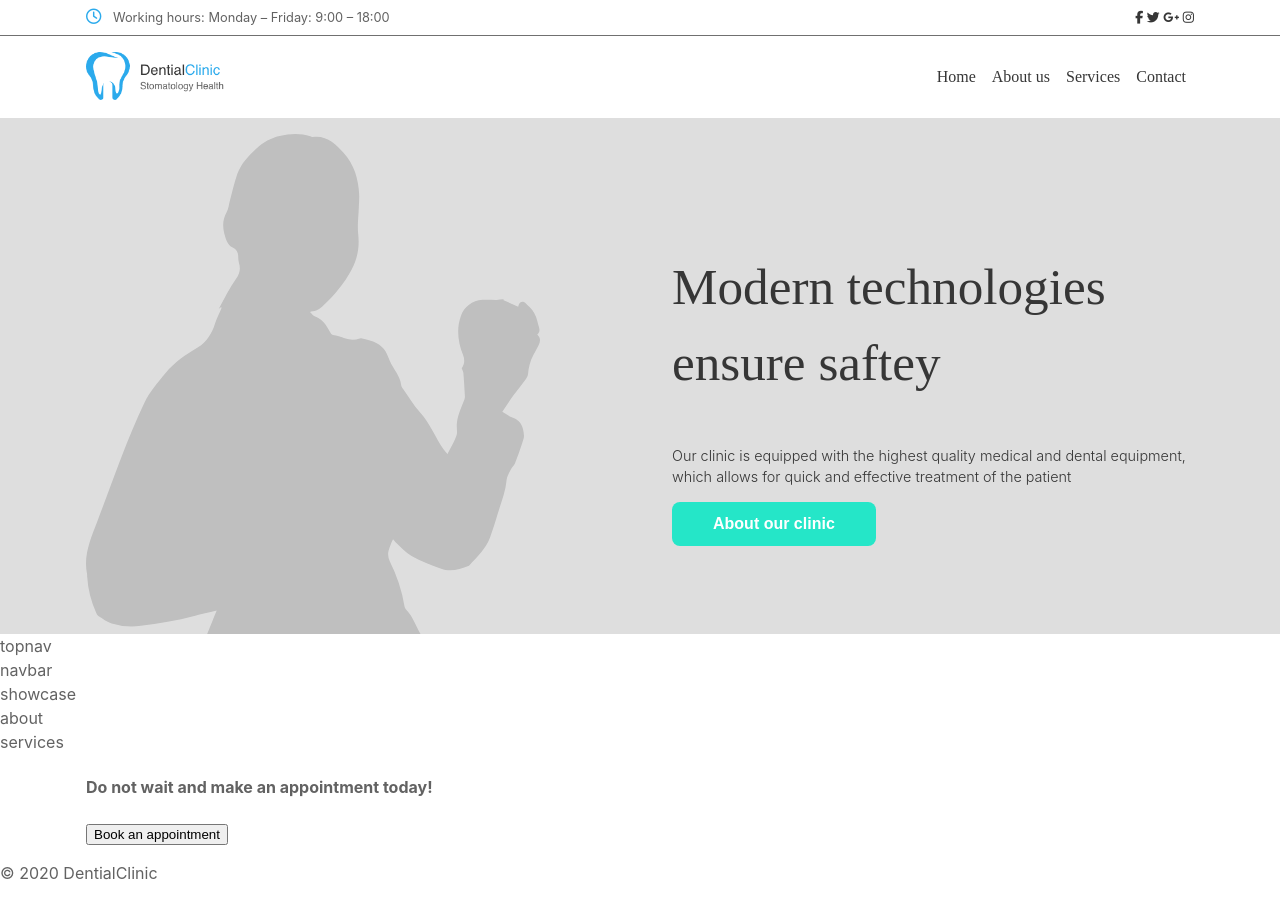
Repository: skepp4rn/uppgift1
Page: index.html
These files come from the project's save history. The page is drawn as it stood at one moment and after the next save; the edit follows.
The browser window is 1280 px wide. The pictures show the whole page.
Some web libraries are served in a nearby version.

Above is the page before, as saved 2020-11-20 16:40:39.

### index.html
<!DOCTYPE html>
<html lang="en">
<head>
    <meta charset="UTF-8">
    <meta name="viewport" content="width=device-width, initial-scale=1.0">
    <title>Document</title>

    <script src="https://kit.fontawesome.com/0abbda2fd3.js" crossorigin="anonymous"></script>
    <link rel="stylesheet" href="style.css">
</head>
<body>

    <nav class="navbar-top collapse">
        <div class="container">
            <div class="hours">
                <i class="far fa-clock"></i>
                Working hours: Monday – Friday: 9:00 – 18:00
            </div>
            <div class="#">
                <a href="#"><i class="fab fa-facebook-f"></i></a>
                <a href="#"><i class="fab fa-twitter"></i></a>
                <a href="#"><i class="fab fa-google-plus-g"></i></a>
                <a href="#"><i class="fab fa-instagram"></i></a>
            </div>
        </div>
    </nav>

    <nav class="navbar ">
        <div class="container">
            <a class="navbar-brand" href="#" >
                <img src="images/Logo.png" alt="">
            </a>
            <button class="navbar-toggler">
                <i class="fas fa-bars"></i>
            </button>
            <div class="collapse navbar-collapse">
                <div class="navbar-nav">
                    <a class="nav-link" href="#">Home</a>
                    <a class="nav-link" href="#">About us</a>
                    <a class="nav-link" href="#">Services</a>
                    <a class="nav-link" href="#">Contact</a>
                </div>
            </div>
        </div>
    </nav>

    <section id="showcase" class="bg-gray">
        <div class="container">
            <img src="images/placehold-girl.svg" alt="">
            <div class="content-box">
                <div class="content">
                    <h1>Modern technologies ensure saftey</h1>
                    <p>Our clinic is equipped with the highest quality medical and dental equipment, which allows for quick and effective treatment of the patient</p>
                    <button class="btn btn-green">About our clinic</button>
                </div>
            </div>
        </div>
    </section>

    <div class="grid">
        <header>
            <nav id="topbar">topnav</nav>
            <nav id="navbar">navbar</nav>
        </header>
        <section id="showcase">showcase</section>
        <section id="about">about</section>
        <section id="services">services</section>
        <section id="appointment">
            <div class="bg-blue text-white overlay">
                <div class="container">
                    <div class="content-flex">
                        <h4>Do not wait and make an appointment today!</h4>
                        <button>Book an appointment</button>
                    </div>
                </div>
            </div>
        </section>
        <footer class="bg-blue text-white">
            <p>© 2020 DentialClinic</p>
        </footer>
    </div>


</body>
</html>

### style.css
* {
    box-sizing: border-box;
}

html, body {
    font-weight: 400;
    font-family: -apple-system, BlinkMacSystemFont, 'Segoe UI', Roboto, Oxygen, Ubuntu, Cantarell, 'Open Sans', 'Helvetica Neue', sans-serif;
    line-height: 1.5;
    font-size: 16px;
    margin: 0;
    padding: 0;
    color: #626262;
}

.border {
    border: 1px solid black;
}

a {
    color: #363636;
    text-decoration: none;
    background-color: transparent;
}

a:hover {
    color: #25E6C8;
}

.bg-dark {
   background: #333333;
   color: #ffffff;
}

.bg-light {
    background: #f7f7f7;
    color: #333333;
}

.bg-gray {
    background-color: #DEDEDE;

}



.btn {
    display: inline-block;
    font-weight: 400;
    text-align: center;
    vertical-align: middle;
    padding: 0.75rem 2.5rem;
    border-radius: 0.5rem;
    border: 1px solid transparent;
    background-color: transparent;
    font-size: 1rem;

}

.btn-green {
    color: #ffffff;
    background-color: #25E6C8;
    font-weight: bold;


}

.btn-green:hover {
    cursor: pointer;
    background-color: #2BAAEC;
}



.collapse:not(.show) {
    display: none;
}

.container {
    width: 100%;
    padding: 0 1rem;
    margin: 0 auto;
}

.navbar-top {
    border-bottom: 1px solid #707070;
}

.navbar, .navbar-top {
    display: flex;
    justify-content: space-between;
    padding: 0.5rem 1rem;
}

.navbar .container, .navbar-top .container {
    display: flex;
    justify-content: space-between;
    align-items: center;
}

.navbar-top .container {
    font-size: 0.8rem;
}

.navbar-top .container .hours {
    color:#626262;
}

.navbar-top .container .hours i {
    color: #2BAAEC;
    margin-right: 0.5rem;
    font-size: 1.2em;
}

.navbar-top .container .socialmedia a {
    margin: 0 0.5rem;

}

.navbar-brand {
    display: inline-block;
    font-size: 1.5rem;
    color: black;
    margin-right: 1rem;
}

.navbar-brand img {
    height: 3rem;
    margin-top: 0.5rem;
}

.navbar-toggler {
    font-size: 2.5rem;
    color:#2BAAEC;
    background-color: transparent;
    border: 1px solid transparent;
}

.navbar-collapse {
    align-items: center;
}

.navbar-nav {
    display: flex;
    flex-direction: column;
    font-family: 'Roboto Slab', serif;

}

.nav-link {
    padding: 0;
    text-decoration: none;
}



#showcase .container {
    display: grid;
    grid-template-columns: 1fr 1fr;
    column-gap: 4rem;

    align-items: center;
}

#showcase .container img {
    height: 500px;
    margin-top: 1rem;
}

#showcase .container .content-box {
    align-self: center;
    color: #363636;
    font-weight: 300;
}

.content-box .content h1 {
    font-size: 3.2rem;
    font-family: 'Roboto Slab', serif;
    font-weight: 300;

}

.content-box .content p {
    font-size: 0.9rem;
}


























@media (min-width: 768px) {
    .nav-link {
        padding-right: 0.5rem;
        padding-left: 0.5rem;
    }

    .navbar-nav {
        flex-direction: row;
    }

    .navbar-toggler {
        display: none;
    }

    .collapse:not(.show) {
        display: flex;
    }

    .container {
        max-width: 720px;
    }

}

@media (min-width: 992px) {
    .container {
        max-width: 960px;
    }
}

@media (min-width: 1200px) {
    .container {
        max-width: 1140px;
    }
}

After the next save:
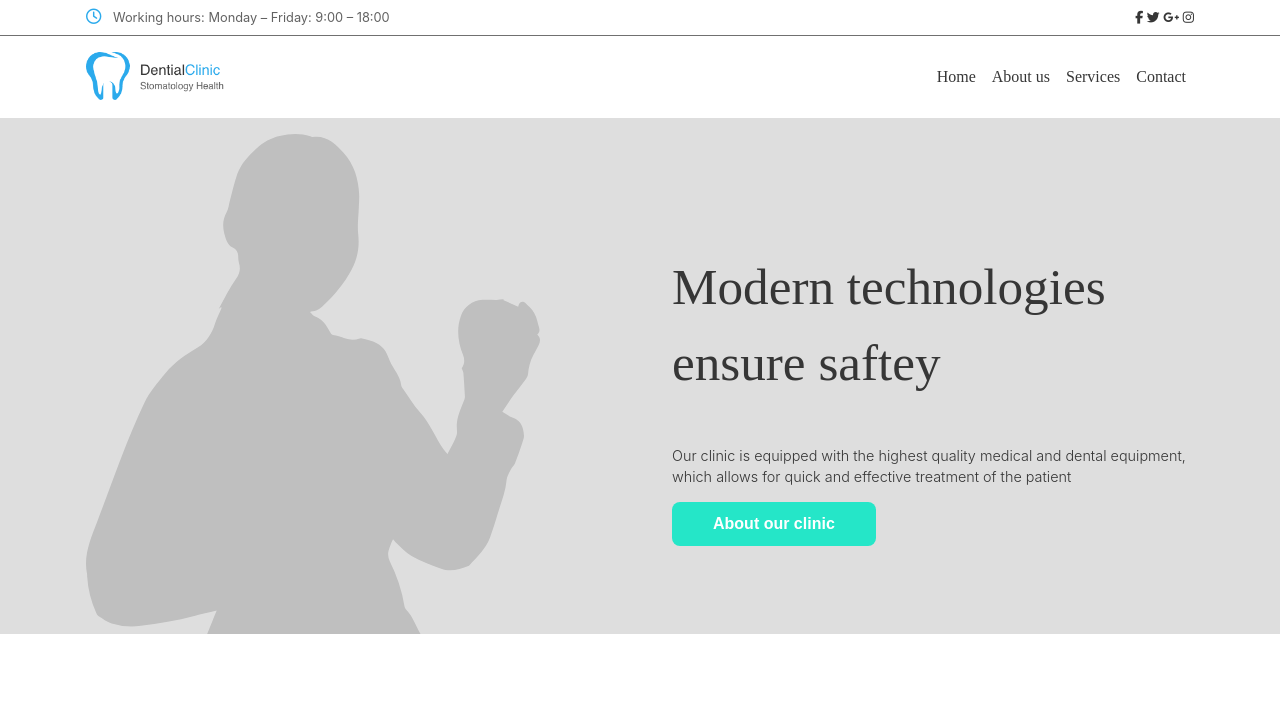
Saved 16 s later.
--- a/index.html
+++ b/index.html
@@ -57,28 +57,6 @@
         </div>
     </section>
 
-    <div class="grid">
-        <header>
-            <nav id="topbar">topnav</nav>
-            <nav id="navbar">navbar</nav>
-        </header>
-        <section id="showcase">showcase</section>
-        <section id="about">about</section>
-        <section id="services">services</section>
-        <section id="appointment">
-            <div class="bg-blue text-white overlay">
-                <div class="container">
-                    <div class="content-flex">
-                        <h4>Do not wait and make an appointment today!</h4>
-                        <button>Book an appointment</button>
-                    </div>
-                </div>
-            </div>
-        </section>
-        <footer class="bg-blue text-white">
-            <p>© 2020 DentialClinic</p>
-        </footer>
-    </div>
 
 
 </body>
